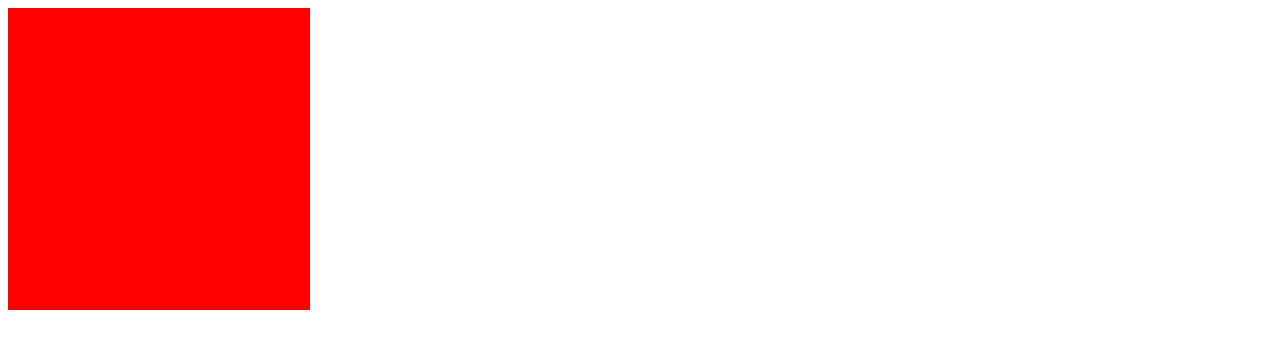
Repository: chenguocan/Vue_demo_1
Page: vue_demo_03/带参数的自定义指令.html
The author's editor kept a copy of each file at every save. The page is drawn from the files as they stood at one save, then again after the next save.
The browser window is 1280 px wide. The pictures show the whole page.

Above is the page before, as saved 2020-07-21 09:07:44.

### vue_demo_03/带参数的自定义指令.html
<!DOCTYPE html>
<html lang="en">
  <head>
    <meta charset="UTF-8" />
    <meta name="viewport" content="width=device-width, initial-scale=1.0" />
    <title>Document</title>
    <style>
      .box {
        border: 1px solid red;
        height: 300px;
        width: 300px;
      }
    </style>
  </head>
  <body>
    <div id="app">
      <div class="box" v-color="msg"></div>
    </div>
  </body>
  <script src="./js/vue.js"></script>
  <script>
    Vue.directive("color", {
      bind: function (el, binding) {
        console.log(binding);
        el.style.backgroundColor = binding.value.color;
        el.style.height = binding.value.height;
      },
    });
    let app = new Vue({
      el: "#app",
      data: {
        msg: {
          color: "red",
        },
      },
      methods: {},
    });
  </script>
</html>

Loaded but not shown: vue_demo_03/js/vue.js (library)

After the next save:
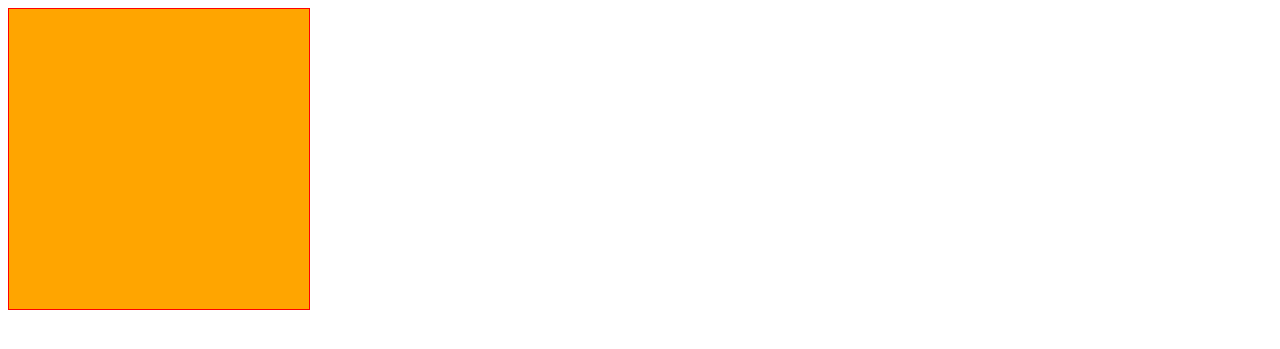
Saved 6 s later.
--- a/vue_demo_03/带参数的自定义指令.html
+++ b/vue_demo_03/带参数的自定义指令.html
@@ -30,7 +30,7 @@
       el: "#app",
       data: {
         msg: {
-          color: "red",
+          color: "orange",
         },
       },
       methods: {},
